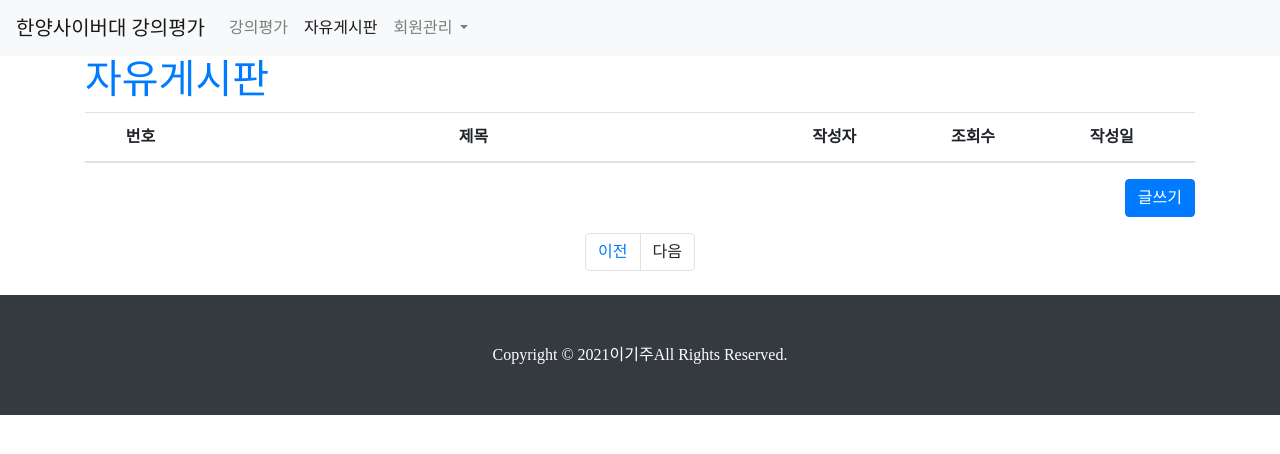
Repository: lkjjjang/hycu
Page: http://localhost/hycujjang/freeBoard.jsp
These files come from the project's save history. The page is drawn as it stood at one moment and after the next save; the edit follows.
The browser window is 1280 px wide. The pictures show the whole page.
Some web fonts or font styles are not loaded; a fallback is used. The page is served by Tomcat 9. Nobody is signed in. The application's start-up code is not run. Other server files are loaded and not shown. The template is opened directly, without the code that normally fills it, so the values that code supplies are empty.

Above is the page before, as saved 2022-01-02 06:56:56.

### hycujjang/WebContent/freeBoard.jsp
<%@ page language="java" contentType="text/html; charset=UTF-8"
    pageEncoding="UTF-8"%>
<%@ page import="java.util.ArrayList" %>
<%@ page import="java.net.URLEncoder" %>
<%@ page import="java.io.PrintWriter" %>
<%@ taglib prefix="c" uri="http://java.sun.com/jsp/jstl/core"%>
<%@ taglib prefix="fmt" uri="http://java.sun.com/jsp/jstl/fmt"%>

<!DOCTYPE html>
<html>
<head>
	<meta charset="UTF-8">
	<meta name="viewport" content="width=device-width, initial-scale=1, shrink-to-fit=no">
	<title>한양사이버대 강의평가</title>
	<!-- 부트스트랩 CSS 추가하기 -->
	<link rel="stylesheet"
			href="https://stackpath.bootstrapcdn.com/bootstrap/4.4.1/css/bootstrap.min.css"
			integrity="sha384-Vkoo8x4CGsO3+Hhxv8T/Q5PaXtkKtu6ug5TOeNV6gBiFeWPGFN9MuhOf23Q9Ifjh"
			crossorigin="anonymous">
	<!-- 커스텀 CSS 추가하기 -->
	<link rel="stylesheet" href="./css/custom.css">
</head>
<body>

	<nav class="navbar navbar-expand-md navbar-light bg-light">
		<a class="navbar-brand" href="index.jsp">한양사이버대 강의평가</a>
		<button class="navbar-toggler" type="button" data-toggle="collapse" data-target="#navbar">
			<span class="navbar-toggler-icon"></span>
		</button>
		<div id="navbar" class="collapse navbar-collapse">
			<ul class="navbar-nav mr-auto">
				<li class="nav-item">
					<a class="nav-link" href="lectureBoardController?pageNumber=1">강의평가</a>
				</li>
				<li class="nav-item active">
					<a class="nav-link" href="freeBoardController?pageNumber=1">자유게시판</a>
				</li>
				<li class="nav-item dropdown">
					<a class="nav-link dropdown-toggle" id="dropdown" data-toggle="dropdown" href="index.jsp">
						회원관리
					</a>
					<div class="dropdown-menu" aria-labelledby="dropdown">
						<a class="dropdown-item" href="logout.jsp">로그아웃</a>
					</div>
				</li>
			</ul>
		</div>
	</nav>

	<div class="container">
		<h1>
    		<a class="ed link-primary text-bold title-underline" href="freeBoardController?pageNumber=1">자유게시판</a>
  		</h1>
			<table class="table table-hover">
				<colgroup>
					<col width="10%"/>
					<col width="50%"/>
					<col width="15%"/>
					<col width="10%"/>
					<col width="15%"/>
				</colgroup>
				<thead style="text-align: center;">
					<tr>
						<th>번호</th>
						<th>제목</th>
						<th>작성자</th>
						<th>조회수</th>
						<th>작성일</th>
					</tr>
				</thead>
				<tbody>
					<c:forEach var="freeBBS" items="${freeBBS}" begin="0" end="${freeBBSListPrintCount}">
						<tr>
							<td style="text-align: center;">
								<c:if test="${userID == 'admin'}">
									<input type="checkbox" name="delCheck_id" id="delCheck_id" value="${freeBBS.bbsID}">
								</c:if>
								${freeBBS.bbsID}
							</td>
							<td>
								<a href="freeBoardDetailController?id=${freeBBS.bbsID}">${freeBBS.bbsTitle}</a>
								<c:if test="${freeBBS.commentCount != 0}">[${freeBBS.commentCount}]</c:if>
								<c:if test="${freeBBS.useImage == 1}"><img src="images/imageIcon.png"></c:if>
							</td>
							<td style="text-align: center;">${freeBBS.nickName}</td>
							<td style="text-align: center;">${freeBBS.bbsHit}</td>
							<td style="text-align: center;">${freeBBS.bbsDate}</td>
						</tr>
					</c:forEach>
				</tbody>
			</table>
		<c:if test="${userID == 'admin'}">
			<div id="checkList">
				<button class="btn btn-primary" id="selectAll" onclick="select(this)">전체선택</button>
				<button class="btn btn-danger" id="deleteAll" onclick="deleteAll()">선택삭제</button>
			</div>
		</c:if>
		<c:if test="${userID != 'admin'}">
			<c:if test="${userID == 'guest'}">
				<div style="text-align: right;">
					<button onclick="guestWrite()" class="btn btn-primary">글쓰기</button>
				</div>
			</c:if>
			<c:if test="${userID != 'guest'}">
				<div style="text-align: right;">
					<a href="write.jsp" class="btn btn-primary">글쓰기</a>
				</div>
			</c:if>
		</c:if>

		<!-- 페이지번호 출력 -->
		<!-- 파라미터로 들어오는 페이지 번호를 이용해 startNum값을 구함 -->
		<div>
			<c:set var="page" value="${(param.pageNumber == null) ? 1 : param.pageNumber}"></c:set>
			<c:set var="startNum" value="${page - (page - 1) % 5}"></c:set>
			<c:set var="lastNum" value="${listCount}"></c:set>

			<ul class="pagination justify-content-center mt-3">
				<c:if test="${param.pageNumber == 1}">
					<li class="page-item"><a class="page-link" onclick="alert('이전 페이지가 없습니다.');">이전</a></li>
				</c:if>
				<c:if test="${param.pageNumber != 1}">
					<li class="page-item"><a class="page-link" href="freeBoardController?pageNumber=${param.pageNumber - 1}">이전</a></li>
				</c:if>

				<c:forEach var="i" begin="0" end="4">
					<c:if test="${(startNum + i) <= lastNum}">
						<c:if test="${param.pageNumber == (startNum + i)}">
							<li class="page-item active"><a class="page-link" href="freeBoardController?pageNumber=${startNum + i}">${startNum + i}</a></li>
						</c:if>
						<c:if test="${param.pageNumber != (startNum + i)}">
							<li class="page-item"><a class="page-link" href="freeBoardController?pageNumber=${startNum + i}">${startNum + i}</a></li>
						</c:if>
					</c:if>
				</c:forEach>

				<c:if test="${param.pageNumber == lastNum}">
					<li class="page-item"><a class="page-link" onclick="alert('다음 페이지가 없습니다.');">다음</a></li>
				</c:if>
				<c:if test="${param.pageNumber != lastNum}">
					<li class="page-item"><a class="page-link" href="freeBoardController?pageNumber=${param.pageNumber + 1}">다음</a></li>
				</c:if>
			</ul>
		</div>
	</div>

	<footer class="bg-dark mt-4 p-5 text-center" style="color: #FFFFFF;">
		Copyright &copy; 2021이기주All Rights Reserved.
	</footer>
	<script src="https://code.jquery.com/jquery-3.6.0.js"
  			integrity="sha256-H+K7U5CnXl1h5ywQfKtSj8PCmoN9aaq30gDh27Xc0jk="
  			crossorigin="anonymous">
	</script>
	<script src="https://cdn.jsdelivr.net/npm/popper.js@1.16.0/dist/umd/popper.min.js"
			integrity="sha384-Q6E9RHvbIyZFJoft+2mJbHaEWldlvI9IOYy5n3zV9zzTtmI3UksdQRVvoxMfooAo"
			crossorigin="anonymous">
	</script>
	<script src="https://maxcdn.bootstrapcdn.com/bootstrap/4.0.0/js/bootstrap.min.js"
			integrity="sha384-JZR6Spejh4U02d8jOt6vLEHfe/JQGiRRSQQxSfFWpi1MquVdAyjUar5+76PVCmYl"
			crossorigin="anonymous">
	</script>
	<script type="text/javascript">
		function guestWrite() {
			alert('게스트 계정은 글작성이 불가능 합니다.');
		}
	</script>
	<script type="text/javascript">
		function deleteAll() {
			var checkList = document.getElementsByName('delCheck_id');
			var checkedList = new Array();
			var count = 0;
			for (var i = 0; i < checkList.length; i++) {
				if (checkList[i].checked == true) {
					count++;
					checkedList[i] = checkList[i].value;
				}
			}

			if (count == 0) {
				alert('선택사항이 없습니다.');
				return;
			}

			var data = new Array();
			for (var i = 0; i < checkedList.length; i++) {
				if (checkedList[i] != null) {
					var dataTemp = new Object();
					dataTemp.id = checkedList[i];
					data.push(dataTemp);
				}
			}

			$.ajax({
				type: "post",
				url: "freeBoardDeleteController",
				data: JSON.stringify(data),
				contentType: "application/json; charset=utf-8",
				dataType: "json",

				success: function(json) {
					if (json[0].resultCode == 'ok') {
						alert('삭제 되었습니다.');
					} else {
						alert('데이터베이스 오류 입니다.');
					}
					location.reload();
				},
				error: function(json) {
					alert('시스템 오류 입니다.')
				}
			});
		}
	</script>
	<script type="text/javascript">
		function select(tagID) {
			var id = tagID.id;
			var checkList = document.getElementsByName('delCheck_id');
			for (var i = 0; i < checkList.length; i++) {
				if (id == 'selectAll') {
					checkList[i].checked = true;
				} else {
					checkList[i].checked = false;
				}
			}

			if (id == 'selectAll') {
				changeId('cancel', '선택해제');
			} else {
				changeId('selectAll', '전체선택');
			}
		}

		function changeId(id, text)  {
			  const btnElement = document.getElementById('checkList');
			  btnElement.innerHTML = '<button class="btn btn-primary" id="' + id + '" onclick="select(this)">'+ text +'</button>' +
			  							'<button class="btn btn-danger" id="deleteAll" onclick="deleteAll()">선택삭제</button>';
		}
	</script>
</body>
</html>

### hycujjang/WebContent/css/custom.css
@import url(https://fonts.googleapis.com/earlyaccess/jejugothic.css);
@import url(https://fonts.googleapis.com/css2?family=Nanum+Gothic&display=swap);
.navbar-brand, h1, h2, h3, h4 {
	font-family: 'Jeju Gothic';
}
h5 {
	font-family: 'Jeju Gothic';
	font-size: 18px;
}
body {
	font-family: 'Nanum Gothic';
}

After the next save:
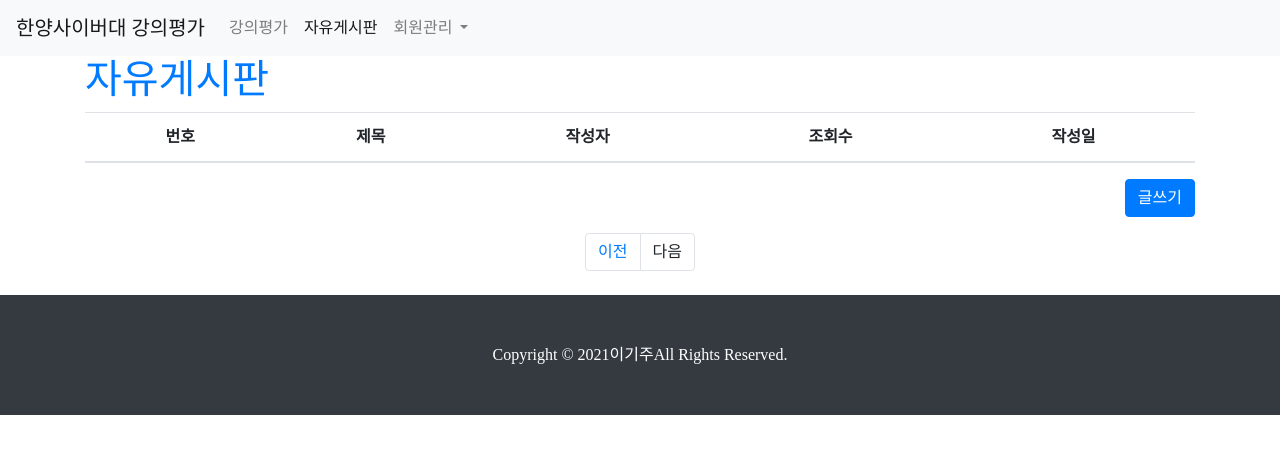
Saved 61 s later.
--- a/hycujjang/WebContent/freeBoard.jsp
+++ b/hycujjang/WebContent/freeBoard.jsp
@@ -52,13 +52,6 @@
     		<a class="ed link-primary text-bold title-underline" href="freeBoardController?pageNumber=1">자유게시판</a>
   		</h1>
 			<table class="table table-hover">
-				<colgroup>
-					<col width="10%"/>
-					<col width="50%"/>
-					<col width="15%"/>
-					<col width="10%"/>
-					<col width="15%"/>
-				</colgroup>
 				<thead style="text-align: center;">
 					<tr>
 						<th>번호</th>

After the 2 saves that followed:
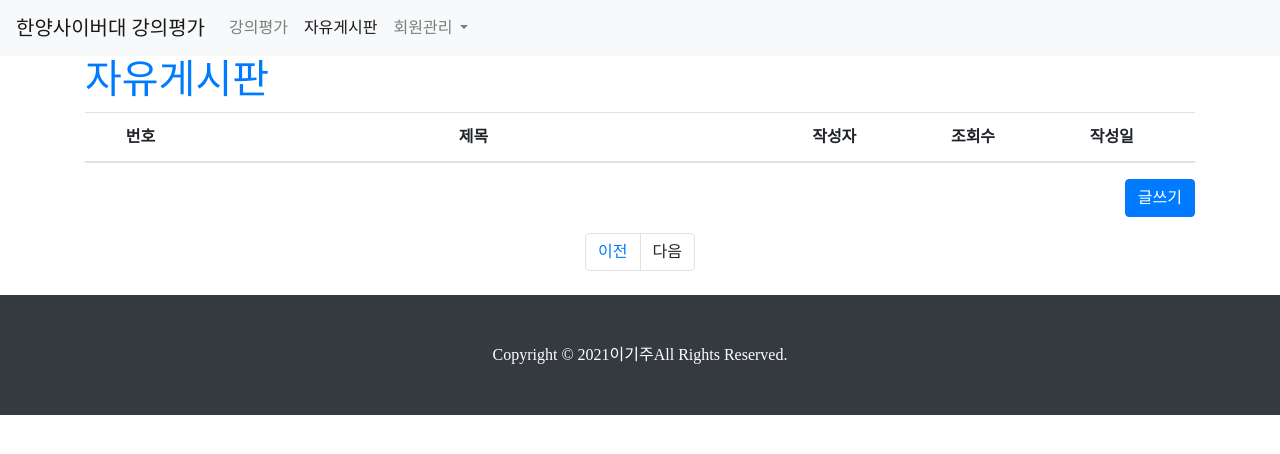
The 2 saves are shown as one change because 1 left the picture as it was.
The last was saved 8 min 22 s later.
--- a/hycujjang/WebContent/freeBoard.jsp
+++ b/hycujjang/WebContent/freeBoard.jsp
@@ -52,9 +52,16 @@
     		<a class="ed link-primary text-bold title-underline" href="freeBoardController?pageNumber=1">자유게시판</a>
   		</h1>
 			<table class="table table-hover">
+				<colgroup>
+					<col width="10%"/>
+					<col width="50%"/>
+					<col width="15%"/>
+					<col width="10%"/>
+					<col width="15%"/>
+				</colgroup>
 				<thead style="text-align: center;">
 					<tr>
-						<th>번호</th>
+						<th style="width: 5%">번호</th>
 						<th>제목</th>
 						<th>작성자</th>
 						<th>조회수</th>
